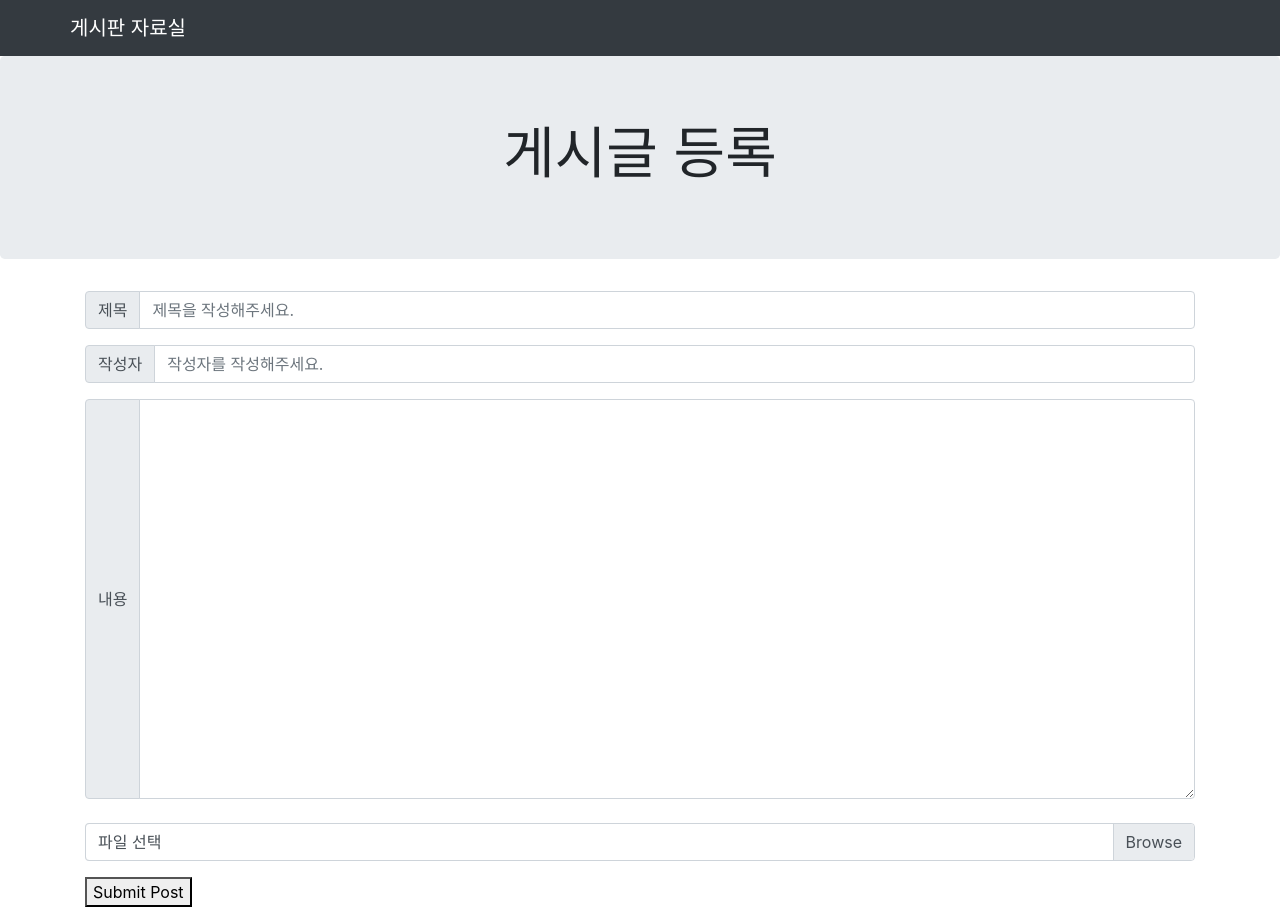
Repository: LeeKukJu/JSP-Study
Page: http://localhost/JSPBook/ch11/totaltest/boardForm.jsp
These files come from the project's save history. The page is drawn as it stood at one moment and after the next save; the edit follows.
The browser window is 1280 px wide. The pictures show the whole page.
The page is served by Tomcat 9. Nobody is signed in. The application's start-up code is not run.

Above is the page before, as saved 2023-02-04 02:35:28.

After the next save:
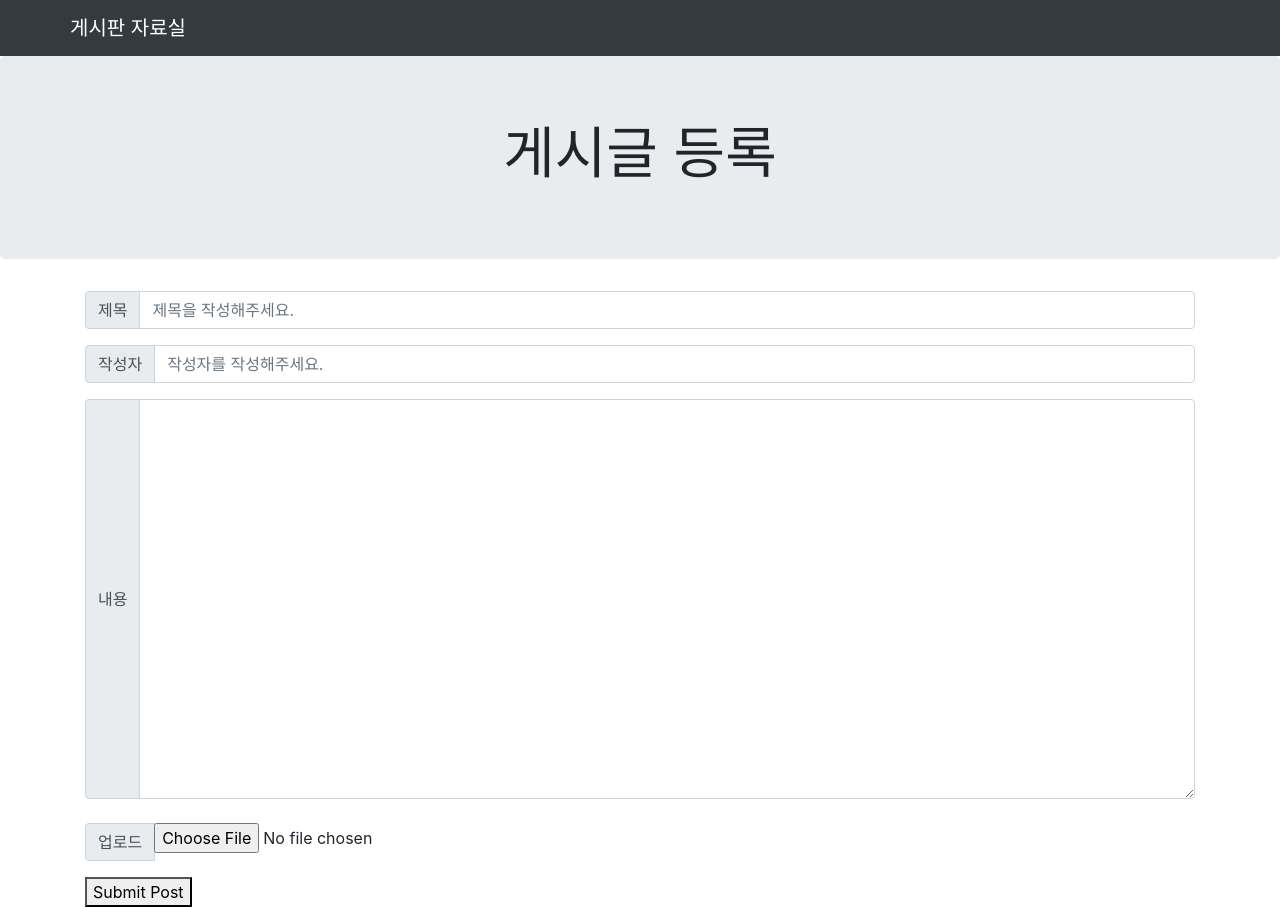
Saved 17 s later.
--- a/JSPBook/WebContent/ch11/totaltest/boardForm.jsp
+++ b/JSPBook/WebContent/ch11/totaltest/boardForm.jsp
@@ -80,7 +80,7 @@
 				</div>
 				<div >
 					<input type="file"  name="filename" id="inputGroupFile01">
-					<label class="custom-file-label" for="inputGroupFile01">파일 선택</label>
+
 				</div>
 			</div>
 

After the 2 saves that followed:
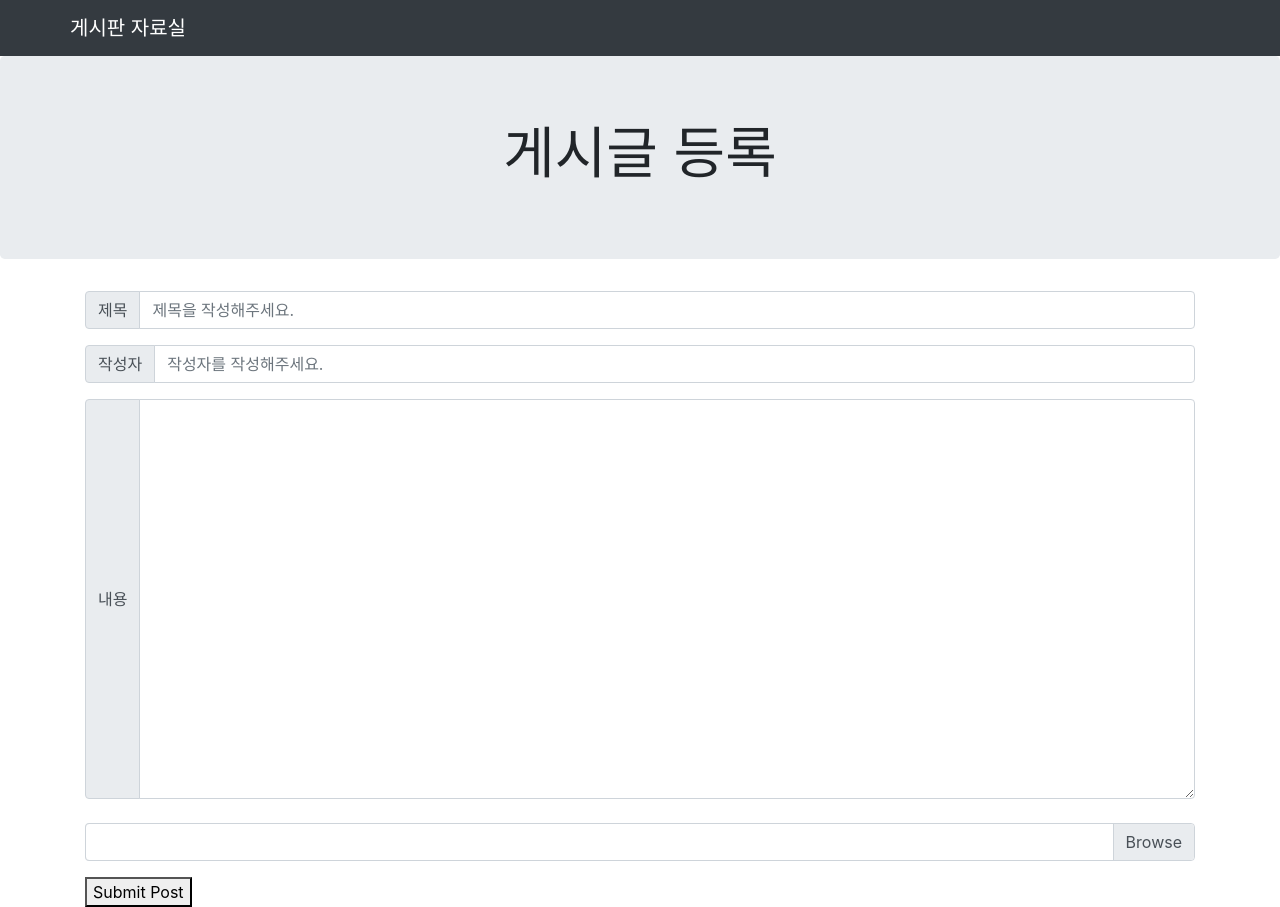
The 2 saves are shown as one change because 1 left the picture as it was.
The last was saved 49 s later.
--- a/JSPBook/WebContent/ch11/totaltest/boardForm.jsp
+++ b/JSPBook/WebContent/ch11/totaltest/boardForm.jsp
@@ -80,7 +80,7 @@
 				</div>
 				<div >
 					<input type="file"  name="filename" id="inputGroupFile01">
-
+					<label class="custom-file-label" for="inputGroupFile01"></label>
 				</div>
 			</div>
 
